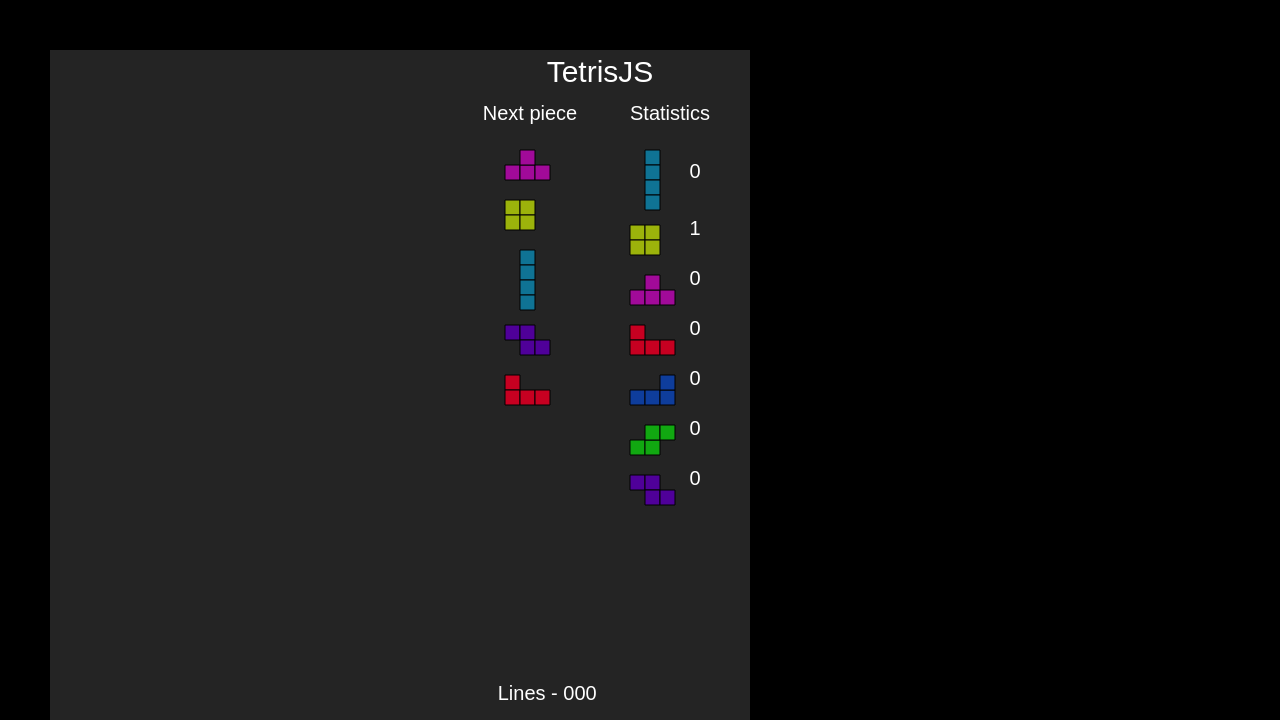
Repository: hosua/TetrisJS
Page: index.html
The author's editor kept a copy of each file at every save. The page is drawn from the files as they stood at one save, then again after the next save.
The browser window is 1280 px wide. The pictures show the whole page.

Above is the page before, as saved 2023-11-07 20:10:32.
Console error: TypeError: Cannot read properties of undefined (reading 'toString')

### index.html
<html lang="en">
	<link rel="stylesheet" href="style.css">
	<head>
		<meta charset="UTF-8" />
		<meta name="viewport" content="width=device-width, initial-scale=1.0" />
		<title>TetrisJS</title>
	</head>
	<body>
		<canvas id="background-canvas" width="700" height="800"></canvas>
		<canvas id="tetris-canvas" width="400" height="800"></canvas>

		<script type="module" src="./src/main.js"></script>
	</body>
</html>

### src/main.js
import { GFX, Tetris, Tetronimo, P_TYPE, KEY } from "./Tetris.js"

const FALL_TICK = 200; // If we ever implement levels, this determines the difficulty
const DELAY_TICK = 200; // additional wait time after a piece lands
const CLEAR_DELAY = 200; // additional wait time before a line is cleared

let gfx = new GFX();
let tetris = new Tetris(15);

function handle_input(e) {
	let keycode = e.keyCode;
	console.log(`Pressing ${keycode}`);
	switch (keycode) {
		case KEY.LEFT:
		case KEY.RIGHT:
		case KEY.DOWN:
			tetronimo.move(keycode, tetris);
			break;
		case KEY.X:
		case KEY.Z:
			tetronimo.rotate(keycode, tetris);
			break;
		case KEY.SPACE:
			tetronimo.hard_drop(tetris);
			break;
	}
	gfx.draw_all_game_elements(tetris.grid, tetronimo);
}

document.addEventListener('keydown', (e) => { return handle_input(e); });

let tetronimo = tetris.queue.shift();
tetris.piece_counter[tetronimo.type]++;

while (true) {
	while (!tetris.check_gameover()) {
		gfx.draw_ui_all(tetris);
		while (tetronimo.fall(tetris.grid)) {
			gfx.draw_all_game_elements(tetris.grid, tetronimo);
			await new Promise(resolve => setTimeout(resolve, tetris.fall_tick));
			console.log(`fall tick: ${tetris.fall_tick}`);
		}
		tetronimo = tetris.queue.shift();
		tetris.queue.push(tetris.spawn_rand_piece());
		tetris.piece_counter[tetronimo.type]++;

		let lines_cleared_this_turn = tetris.clear_lines();
		if (lines_cleared_this_turn > 0) {
			await new Promise(resolve => setTimeout(resolve, CLEAR_DELAY));
			gfx.draw_all_game_elements(tetris.grid, tetronimo);
			tetris.score_keeper(lines_cleared);
		}
		await new Promise(resolve => setTimeout(resolve, DELAY_TICK));
	}
	gfx = new GFX();
	tetris = new Tetris();
}

### src/Tetris.js
const bg_canvas = document.getElementById("background-canvas");
const tetris_canvas = document.getElementById("tetris-canvas");

const BG_COLOR = "#242424";
const FIELD_COLOR = "grey";
const PLAYFIELD_YMAX = 25;
const PLAYFIELD_XMAX = 10;
const Y_OFF = 5;

export const KEY = {
	SPACE: 32, 								// hard drop
	LEFT: 37, UP: 38, RIGHT: 39, DOWN: 40,  // move piece
	C: 67, 									// hold piece
	P: 80, 									// pause
	X: 88, 									// rotate right
	Z: 90, 									// rotate left
};

export const P_TYPE = {
	NONE: 0,
	I: 1, O: 2, T: 3, S: 4,
	Z: 5, J: 6, L: 7,
}

const P_COLORS = {
	[P_TYPE.I]: "#0f7394", [P_TYPE.O]: "#9cb30b", [P_TYPE.T]: "#a10a99",
	[P_TYPE.S]: "#11a811", [P_TYPE.Z]: "#4f0099", [P_TYPE.J]: "#c70021",
	[P_TYPE.L]: "#0e3d9c",
}

export class Tetronimo {
	constructor(piece_type) {
		this.type = piece_type;
		this.origin = [0, 0];
		this.blocks = Array(4).fill([0, 0]); // block positions relative to origin
		this.spawn_piece();
	}

	print() {
		console.log(this.origin);
		console.log(this.blocks);
	}

	// Since collision detection can usually be solved by checking mins and maxes, some helper methods
	// for getting them are implemented
	min_x() {
		let res = Number.MAX_SAFE_INTEGER;
		for (let block of this.blocks)
			res = Math.min(res, block[0] + this.origin[0]);
		return res;
	}

	max_x() {
		let res = Number.MIN_SAFE_INTEGER;
		for (let block of this.blocks)
			res = Math.max(res, block[0] + this.origin[0]);
		return res;
	}

	min_y() {
		let res = Number.MAX_SAFE_INTEGER;
		for (let block of this.blocks)
			res = Math.min(res, block[1] + this.origin[1]);
		return res;
	}

	max_y() {
		let res = Number.MIN_SAFE_INTEGER;
		for (let block of this.blocks)
			res = Math.max(res, block[1] + this.origin[1]);
		return res;
	}

	// check if valid move by making a copy of the tetronimo's new position and checking if there is
	// any overlap with the grid.
	// Returns true if the new move is valid
	check_move(grid, dx, dy) {
		for (let block of this.blocks) {
			let nx = this.origin[0] + dx + block[0];
			let ny = this.origin[1] + dy + block[1];
			if (grid[ny][nx] !== P_TYPE.NONE)
				return false;
		}
		return true;
	}

	spawn_piece() {
		this.origin = [5, 4];
		switch (this.type) {
			case P_TYPE.I:
				this.blocks = [[0, -1], [0, 0], [0, 1], [0, 2]];
				break;
			case P_TYPE.O:
				this.blocks = [[-1, -1], [-1, 0], [0, -1], [0, 0]];
				break;
			case P_TYPE.T:
				this.blocks = [[-1, 0], [0, 0], [1, 0], [0, -1]];
				break;
			case P_TYPE.S:
				this.blocks = [[-1, 0], [0, 0], [0, -1], [1, -1]];
				break;
			case P_TYPE.Z:
				this.blocks = [[-1, -1], [0, -1], [0, 0], [1, 0]];
				break;
			case P_TYPE.J:
				this.blocks = [[-1, -1], [-1, 0], [0, 0], [1, 0]];
				break;
			case P_TYPE.L:
				this.blocks = [[-1, 0], [0, 0], [1, 0], [1, -1]];
				break;
		}
	}

	// This will check the grid to see if the piece can fall down. If it can, it will move piece down once.
	// returns true if still falling
	fall(grid) {
		let can_fall = true;
		for (let block of this.blocks) {
			let x = this.origin[0] + block[0];
			let y = this.origin[1] + block[1];
			// console.log(x, y);
			// check if min y pos is at bottom
			if (y === PLAYFIELD_YMAX - 1) { // at bottom
				can_fall = false;
			} else if (grid[y + 1][x] !== P_TYPE.NONE) { // if below piece is non-empty
				can_fall = false;
			}
			if (!can_fall)
				break;
		}


		if (can_fall) {
			// move down
			this.origin[1] += 1;
		} else {
			// set to grid
			for (let block of this.blocks) {
				let x = this.origin[0] + block[0];
				let y = this.origin[1] + block[1];
				grid[y][x] = this.type;
			}
		}

		return can_fall;
	}

	move(keycode, tetris) {

		switch (keycode) {
			case KEY.LEFT:
				if (this.min_x() > 0 && this.check_move(tetris.grid, -1, 0))
					this.origin[0]--;
				break;
			case KEY.DOWN:
				if (this.max_y() < PLAYFIELD_YMAX - 1 && this.check_move(tetris.grid, 0, +1)) {
					this.origin[1]++;
					tetris.score += 1; // This will add 1 extra point for every block hard/soft dropped.
				}
				break;
			case KEY.RIGHT:
				if (this.max_x() < PLAYFIELD_XMAX - 1 && this.check_move(tetris.grid, +1, 0))
					this.origin[0]++;
				break;
			case KEY.UP: // This should be removed when were no longer testing
				if (this.max_y() > 0 && this.check_move(tetris.grid, 0, -1))
					this.origin[1]--;
				break;
			default:
				console.log("Error: Move has wrong key: ", keycode);
				break;
		}
	}

	rotate(keycode, tetris) {
		// We cannot rotate O
		if (this.type === P_TYPE.O)
			return;

		// Returns the rotated version of the blocks.
		const get_rotated = (keycode) => {
			// This is a separate function because we want a copy of the rotated
			// piece before actually rotating it to check if the rotation overlaps
			// with another piece, or falls outside the boundaries of the tetris.grid.
			let rotated = this.blocks.map((coord) => { return coord.slice() }); // create hard copy
			if (keycode === KEY.Z) {
				for (let coord of rotated) {
					let x = coord[0];
					let y = coord[1];
					coord[0] = y;
					coord[1] = -x;
				}
			} else if (keycode === KEY.X) {
				for (let coord of rotated) {
					let x = coord[0];
					let y = coord[1];
					coord[0] = -y;
					coord[1] = x;
				}
			}
			return rotated;
		}

		let can_rotate = true;
		let rotated = get_rotated(keycode);
		for (let rot of rotated) {
			let rx = this.origin[0] + rot[0];
			let ry = this.origin[1] + rot[1];
			// first, check if rotated position is within the boundaries of the grid
			if (rx < 0 || rx >= PLAYFIELD_XMAX || ry < 0 || ry >= PLAYFIELD_YMAX) {
				can_rotate = false;
				break;
			}
			// second, check if the rotated position overlaps with any
			// other pieces already on the grid
			if (tetris.grid[ry][rx] !== P_TYPE.NONE) {
				can_rotate = false;
				break;
			}
		}
		if (can_rotate)
			this.blocks = rotated;
	}

	hard_drop(tetris) {
		while (this.fall(tetris.grid)) {
			this.move(KEY.DOWN, tetris);
		}
	}
}

// Actual Tetris Logic
export class Tetris {
	constructor(start_level = 0) {
		this.grid = Array(PLAYFIELD_YMAX).fill().map(
			() => Array(PLAYFIELD_XMAX).fill(P_TYPE.NONE)
		);
		this.piece_counter = { [P_TYPE.I]: 0, [P_TYPE.O]: 0, [P_TYPE.T]: 0, [P_TYPE.J]: 0, [P_TYPE.L]: 0, [P_TYPE.S]: 0, [P_TYPE.Z]: 0 }

		this.score = 0;
		this.level = start_level;
		this.lines_cleared = 0;
		this.tetris_count = 0;
		this.fall_tick = 0; // ms per grid
		this.update_fall_speed();

		this.queue = [];
		this.populate_queue()
	}

	print_grid() { console.log(this.grid); }

	populate_queue(n = 10) {
		this.queue = [];
		for (let i = 0; i < n; i++)
			this.queue.push(this.spawn_rand_piece())
	}

	// If any pieces land above where the game renders, it's game over
	check_gameover() {
		for (let y = 3; y < 5; y++) {
			for (let x = 0; x < PLAYFIELD_XMAX; x++) {
				if (this.grid[y][x] !== P_TYPE.NONE) {
					console.log("Game over!");
					return true;
				}
			}
		}
		return false;
	}

	spawn_rand_piece() {
		let rand_type = Math.round(Math.random() * (P_TYPE.L - 1) + 1);
		return new Tetronimo(rand_type);
	}

	// checks and clears all full lines, returns how many lines were cleared
	clear_lines() {
		console.log("Checking for full lines");
		let lines_cleared = 0;
		// Do a downward scan to see if line is full
		for (let y = 5; y < PLAYFIELD_YMAX; y++) {
			console.log(`y: ${y}`);
			let is_full = true;

			// scan the line
			for (let x = 0; x < PLAYFIELD_XMAX; x++) {
				if (this.grid[y][x] === P_TYPE.NONE) {
					is_full = false;
					break;
				}
			}

			if (is_full) {
				console.log(`Detected full line at ${y}`);
				// clear the current line
				for (let x = 0; x < PLAYFIELD_XMAX; x++) {
					this.grid[y][x] = P_TYPE.NONE;
				}
				// shift all lines above from current y coordinate down 1
				for (let yy = y; yy >= 5; yy--) {
					this.grid[yy] = this.grid[yy - 1]
				}
				lines_cleared++; // will be used for scoring when it's implemented
			}
		}
		return lines_cleared;
	}

	score_keeper(lines_cleared) {
		// n = level
		// 1 line 		2 line 			3 line 			4 line
		// 40 * (n + 1)	100 * (n + 1)	300 * (n + 1)	1200 * (n + 1)
		switch (lines_cleared) {
			case 1:
				this.score += 40 * (this.level + 1);
				break;
			case 2:
				this.score += 100 * (this.level + 1);
				break;
			case 3:
				this.score += 300 * (this.level + 1);
				break;
			case 4:
				this.score += 1200 * (this.level + 1);
				break;
		}
	}

	// When level up happens, speed up the fall speed.
	update_fall_speed() {
		if (this.level < 9)
			this.fall_tick = (48 - (5 * (this.level + 1))) * 61;
		else if (this.level == 9)
			this.fall_tick = 6 * 61;
		else if (this.level < 13)
			this.fall_tick = 5 * 61;
		else if (this.level < 16)
			this.fall_tick = 4 * 61;
		else if (this.level < 16)
			this.fall_tick = 3 * 61;
		else if (this.level < 19)
			this.fall_tick = 2 * 61;
		else
			this.fall_tick = 1 * 61;
	}
}

// Tetronimo objects for drawing UI
const TET_UI = [
	new Tetronimo(P_TYPE.I),
	new Tetronimo(P_TYPE.O),
	new Tetronimo(P_TYPE.T),
	new Tetronimo(P_TYPE.J),
	new Tetronimo(P_TYPE.L),
	new Tetronimo(P_TYPE.S),
	new Tetronimo(P_TYPE.Z),
]

export class GFX {
	constructor() {
		bg_canvas.style.position = "absolute";
		tetris_canvas.style.position = "absolute";
		bg_canvas.style.top = "50";
		bg_canvas.style.left = "50";
		tetris_canvas.style.top = "50";
		tetris_canvas.style.left = "50";
		this.ui_offset = tetris_canvas.width;
		this.ui_width = bg_canvas.width - tetris_canvas.width;
	}


	draw_playfield() {
		const ctx = tetris_canvas.getContext("2d");
		ctx.fillStyle = FIELD_COLOR;
		ctx.fillRect(0, 0, tetris_canvas.width, tetris_canvas.height);
	}

	draw_gridlines() {
		const ctx = tetris_canvas.getContext("2d");
		const horiz_inc = tetris_canvas.height / 20;
		const vert_inc = tetris_canvas.width / 10;

		// Draw horizontal lines
		for (let y = 0; y < tetris_canvas.height; y += horiz_inc) {
			ctx.beginPath();
			ctx.moveTo(0, y);
			ctx.lineTo(tetris_canvas.width, y);
			ctx.stroke();
		}
		// Draw vertical lines
		for (let x = 0; x < tetris_canvas.width; x += vert_inc) {
			ctx.beginPath();
			ctx.moveTo(x, 0);
			ctx.lineTo(x, tetris_canvas.height);
			ctx.stroke();
		}
	}

	// Draw the actual pieces and shit on the 2d grid (except the piece currently in motion)
	draw_grid_elements(grid) {
		const ctx = tetris_canvas.getContext("2d");
		const horiz_inc = tetris_canvas.height / 20;
		const vert_inc = tetris_canvas.width / 10;

		for (let y = PLAYFIELD_YMAX - 1; y >= PLAYFIELD_YMAX - 20; y--) {
			for (let x = 0; x < PLAYFIELD_XMAX; x++) {
				// dx, dy are drawing coords
				let dx = x * horiz_inc;
				let dy = (y - Y_OFF) * vert_inc;
				if (grid[y][x] != P_TYPE.NONE) {
					ctx.fillStyle = P_COLORS[grid[y][x]];
					ctx.beginPath();
					ctx.rect(dx, dy, horiz_inc, vert_inc);
					ctx.fill();
					ctx.stroke();
				}
			}
		}
	}

	// this will draw the tetronimo in motion
	// We are avoiding putting the tetronimo on the actual grid until it lands, this way we don't
	// have to handle creating and destroying the blocks every time it shifts down once.
	draw_falling_tetronimo(tetronimo) {
		const ctx = tetris_canvas.getContext("2d");
		const horiz_inc = tetris_canvas.height / 20;
		const vert_inc = tetris_canvas.width / 10;

		let origin = tetronimo.origin;
		let blocks = tetronimo.blocks;
		let p_type = tetronimo.type;

		ctx.fillStyle = P_COLORS[p_type];
		for (let block of blocks) {
			let dx = (origin[0] + block[0]) * horiz_inc;
			let dy = (origin[1] + block[1] - Y_OFF) * vert_inc;
			ctx.beginPath();
			ctx.rect(dx, dy, horiz_inc, vert_inc);
			ctx.fill();
			ctx.stroke();
		}
	}

	draw_all_game_elements(grid, tetronimo) {
		// this.draw_background();
		this.draw_playfield();
		this.draw_grid_elements(grid);
		this.draw_gridlines();
		this.draw_falling_tetronimo(tetronimo);
	}

	/* UI drawing methods below */

	draw_ui_all(tetris) {
		this.draw_ui_background();
		this.draw_ui_text("TetrisJS", 30, this.ui_offset + (this.ui_width / 2), 32);
		this.draw_ui_stats(tetris.piece_counter);
		this.draw_ui_queue(tetris);
		this.draw_ui_text("Made by Hoswoo", 20, this.ui_offset + (this.ui_width / 2), bg_canvas.height - 15);
		this.draw_ui_score(tetris);
		this.draw_ui_level(tetris);
		this.draw_lines_cleared(tetris);
	}

	draw_ui_background() {
		const ctx = bg_canvas.getContext("2d");
		ctx.fillStyle = BG_COLOR;
		ctx.fillRect(0, 0, bg_canvas.width, bg_canvas.height);
	}

	draw_ui_mini_piece(tetronimo, x, y) {
		const ctx = bg_canvas.getContext("2d");
		const dim = 15;
		const x_off = -100;
		const y_off = -625;

		let origin = tetronimo.origin;
		let blocks = tetronimo.blocks;
		let p_type = tetronimo.type;

		ctx.fillStyle = P_COLORS[p_type];

		for (let block of blocks) {
			let dx = x + x_off + (origin[0] + block[0]) * dim;
			let dy = y + y_off + (origin[1] + block[1]) * dim;
			ctx.beginPath();
			ctx.rect(dx, dy, dim, dim);
			ctx.fill();
			ctx.stroke();
		}
	}

	draw_ui_text(text, size, x, y) {
		const ctx = bg_canvas.getContext("2d");
		ctx.font = size.toString() + "px Arial";
		ctx.textAlign = "center";
		ctx.fillStyle = "white";
		ctx.fillText(text, x, y);
	}

	draw_ui_queue(tetris, count = 5) { // Draw 'count' next pieces
		let x = this.ui_offset + 80;
		let y = this.ui_offset + 280;
		let y_inc = 50;

		this.draw_ui_text("Next piece", 20, x, 70);
		for (let i = 0; i < count; i++) {
			let piece = tetris.queue[i];
			this.draw_ui_mini_piece(piece, x + 15, y);
			if (piece.type == P_TYPE.I)
				y += 25;
			y += y_inc;
		}
	}

	draw_ui_stats(piece_counter) {
		let x = this.ui_offset + 220;
		let x_gap = 25;
		let y = this.ui_offset + 355;
		let y_inc = 50;
		let i_piece = TET_UI[0];

		this.draw_ui_text("Statistics", 20, x, 70);
		this.draw_ui_mini_piece(i_piece, x, this.ui_offset + 280);
		this.draw_ui_text(piece_counter[P_TYPE.I].toString(), 20, x + x_gap, 128);

		let dy = 185;
		let dy_inc = 50;
		for (let i = 1; i < TET_UI.length; i++) {
			let piece = TET_UI[i];
			this.draw_ui_mini_piece(piece, x, y);
			this.draw_ui_text(piece_counter[piece.type], 20, x + x_gap, dy);
			y += y_inc;
			dy += dy_inc;
		}
	}

	draw_ui_score(tetris) {
		let x = this.ui_offset + 100;
		let y = 725;
		let y_inc = 25;
		this.draw_ui_text(`SCORE`, 20, x - 48, y);
		this.draw_ui_text(`${tetris.score.toString().padStart(10, '0')}`, 30, x, y + y_inc);
	}

	draw_ui_level(tetris) {
		let x = this.ui_offset + 285;
		let y = 725;
		let y_inc = 25;
		this.draw_ui_text(`LEVEL`, 20, x - 48, y);
		this.draw_ui_text(`${tetris.level.toString().padStart(2, '0')}`, 30, x - 65, y + y_inc);
	}

	draw_lines_cleared(tetris) { // also displays tetris count
		let x = this.ui_offset + 100;
		let y = 650;
		let y_inc = 50;
		this.draw_ui_text(`Lines - ${tetris.lines_cleared.toString().padStart(3, '0')} `, 20, x, y);
		this.draw_ui_text(`Tetris: `)
	}
}

Loaded but not shown: style.css (common file)

After the next save:
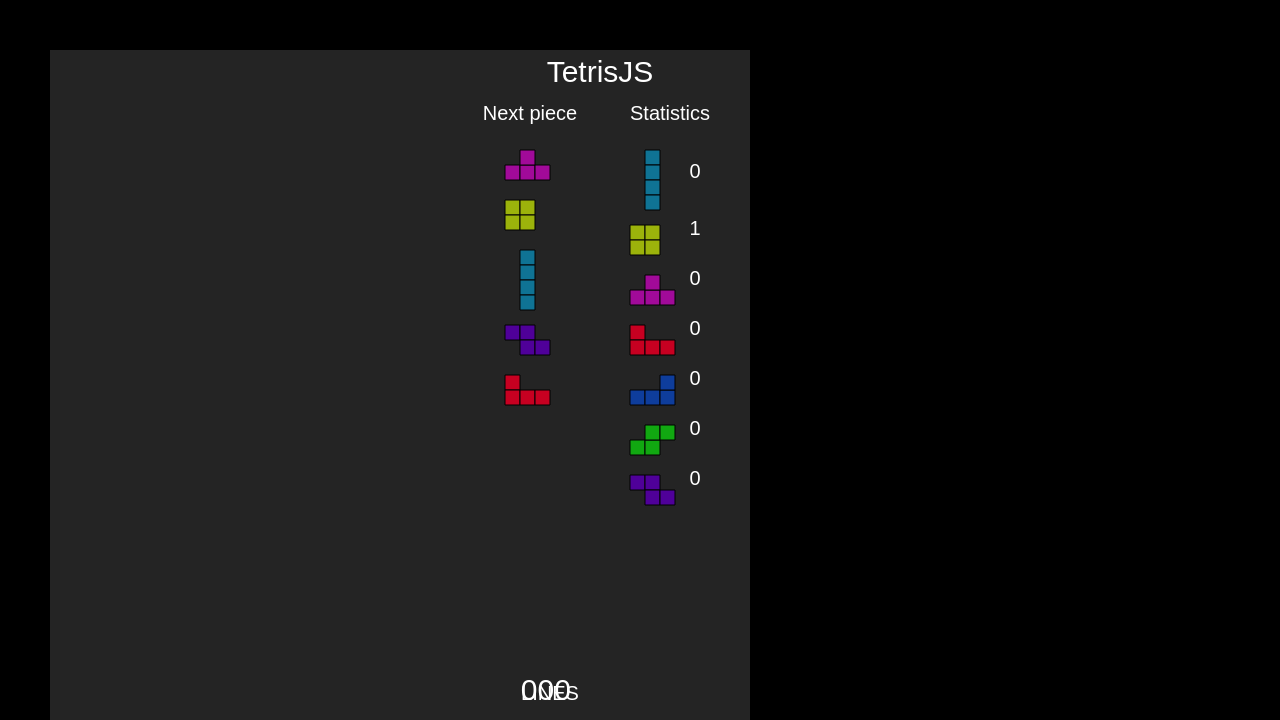
Saved 23 s later.
--- a/src/Tetris.js
+++ b/src/Tetris.js
@@ -556,7 +556,8 @@
 		let x = this.ui_offset + 100;
 		let y = 650;
 		let y_inc = 50;
-		this.draw_ui_text(`Lines - ${tetris.lines_cleared.toString().padStart(3, '0')} `, 20, x, y);
+		this.draw_ui_text(`LINES`, 20, x, y);
+		this.draw_ui_text(`${tetris.lines_cleared.toString().padStart(3, '0')} `, 30, x, y);
 		this.draw_ui_text(`Tetris: `)
 	}
 }
